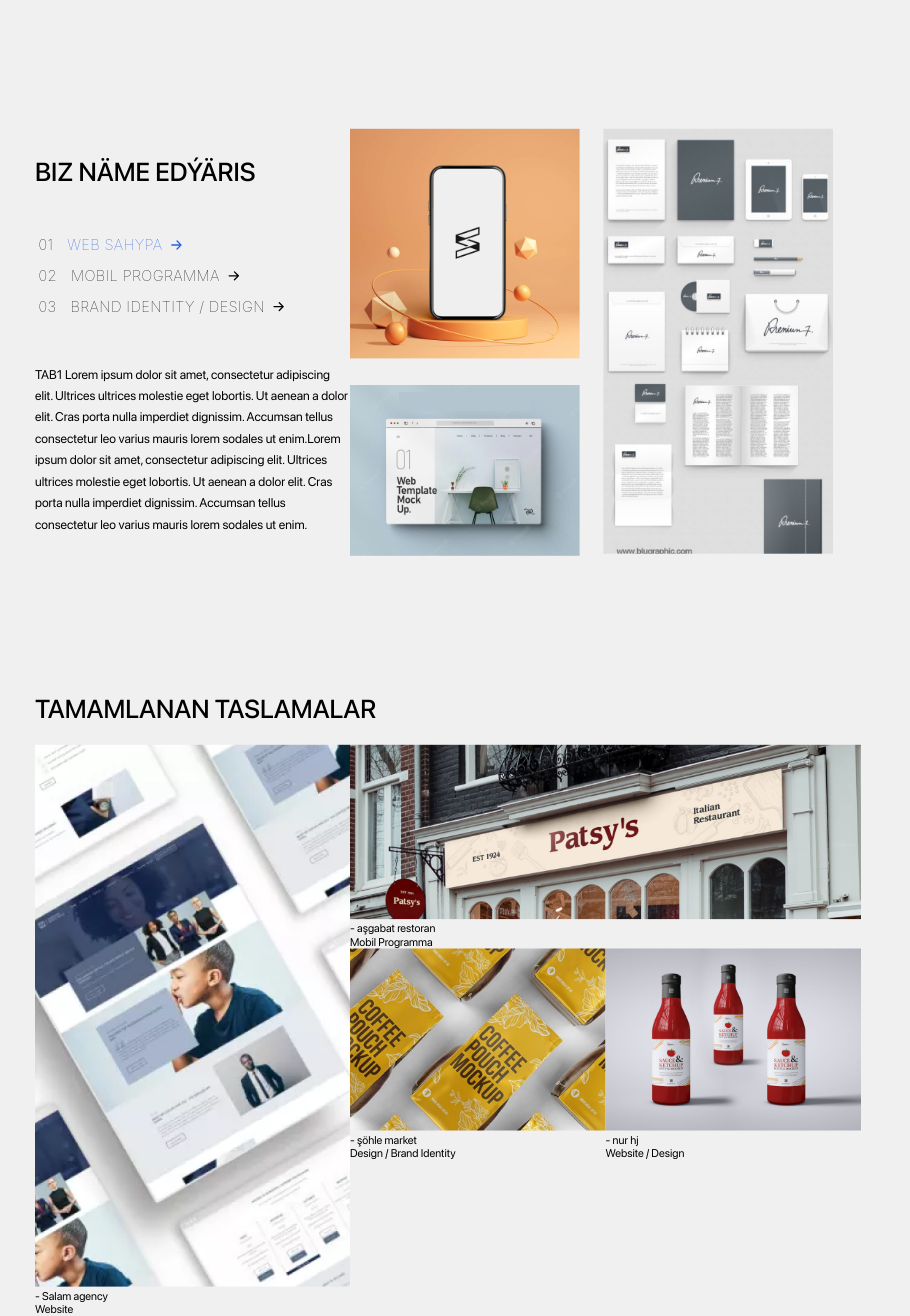
Repository: Meylis7/Sanly-Merkez-Web
Page: main.html
An editor plug-in stored every save of this project. The page is shown before and after the next save, followed by the edit.
The browser window is 1280 px wide. The page is 1280 px wide, then 1300 px, so the pictures cover 1300 px, including what lies to the right of the window. The pictures show the part of the page from y = 1220 to 3100 px (the page is 3100 px tall), at 70% of full size.
Some web fonts or font styles are not loaded; a fallback is used.

Above is the page before, as saved 2022-04-29 16:59:42.

### main.html
<!DOCTYPE html>
<html lang="en" dir="ltr">
  <head>
    <meta charset="utf-8">
    <meta name="viewport" content="width=device-width, initial-scale=1.0">
    <title>Sanly merkez</title>
    <link rel="stylesheet" href="./css/main.css">
  </head>
  <body>
    <div class="main-container">
      <div class="header-container">
        <header>
          <a href="#" class="brand"><img src="/assets/logo.png" alt=""></a>
          <div class="menu">
            <div class="btn">
                <svg class="close-btn" xmlns="http://www.w3.org/2000/svg" aria-hidden="true" role="img" width="1em" height="1em" preserveAspectRatio="xMidYMid meet" viewBox="0 0 20 20"><path fill="currentColor" fill-rule="evenodd" d="M4.293 4.293a1 1 0 0 1 1.414 0L10 8.586l4.293-4.293a1 1 0 1 1 1.414 1.414L11.414 10l4.293 4.293a1 1 0 0 1-1.414 1.414L10 11.414l-4.293 4.293a1 1 0 0 1-1.414-1.414L8.586 10L4.293 5.707a1 1 0 0 1 0-1.414Z" clip-rule="evenodd"/></svg>
            </div>
            <a href="#">Biz barada</a>
            <a href="#">Hyzmatlar</a>
            <a href="#">Taslamalar</a>
            <a href="#">Habarlaşmak</a>
          </div>
          <div class="btn">
            <svg class="menu-btn" xmlns="http://www.w3.org/2000/svg" aria-hidden="true" role="img" width="1em" height="1em" preserveAspectRatio="xMidYMid meet" viewBox="0 0 20 20"><path fill="currentColor" fill-rule="evenodd" d="M3 5a1 1 0 0 1 1-1h12a1 1 0 1 1 0 2H4a1 1 0 0 1-1-1Zm0 5a1 1 0 0 1 1-1h12a1 1 0 1 1 0 2H4a1 1 0 0 1-1-1Zm6 5a1 1 0 0 1 1-1h6a1 1 0 1 1 0 2h-6a1 1 0 0 1-1-1Z" clip-rule="evenodd"/></svg>
          </div>
        </header>
      </div>

      <div class="home-section">
        <div class="home-container">
          <div class="home-left-content">
            <div class="home-slogan">
              <p class="slogan">Sanly hyzmatlaryň <br>
                takyk çözgüdi.</p>
                <p class="slogan-text">Lorem ipsum dolor sit amet, consectetur adipiscing elit. Massa <br> tincidunt rhoncus dolor nisi duis nunc.</p>
            </div>
            <div class="home-social-links">
              <a href="#">Instagram</a>
              <a href="#">Twitter</a>
              <a href="#">Facebook</a>
            </div>
          </div>
          <div class="home-right-content">
            <img src="./assets/mainphoto.png" alt="">
          </div>
        </div>
      </div>
      <div class="about-section">
        <div class="about-container">
          <div class="about-photo-content">
            <h1>Biz Barada</h1>
            <img src="/assets/about.png" alt="">
          </div>
          <div class="about-text-container">
            <h1>Sanly Merkez</h1>
            <p>Lorem ipsum dolor sit amet, consectetur adipiscing elit. Ultrices ultrices molestie eget lobortis. Ut aenean a dolor elit. Cras porta nulla imperdiet dignissim. Accumsan tellus consectetur leo varius mauris lorem sodales ut enim.Lorem ipsum dolor sit amet, consectetur adipiscing elit. Ultrices ultrices molestie eget lobortis. Ut aenean a dolor elit. Cras porta nulla imperdiet dignissim. Accumsan tellus consectetur leo varius mauris lorem sodales ut enim. Accumsan tellus consectetur leo varius mauris lorem sodales ut enim. Accumsan tellus consectetur leo varius .Accumsan tellus consectetur leo varius mauris lorem sodales ut enim. Accumsan tellus consectetur leo varius .Accumsan tellus consectetur leo varius mauris lorem sodales ut enim. Accumsan tellus consectetur leo varius . </p>
          </div>
        </div>
      </div>
      <div class="wwd-section">
        <div class="wwd-conteiner">
          <div class="tabs">
            <h1>Biz näme edýäris</h1>
            <div class="tabs__head">
              <div class="tabs__toggle is-active">
                <span class="tabs__name"><span class="tabsnumber">01</span>Web sahypa <svg xmlns="http://www.w3.org/2000/svg" aria-hidden="true" role="img" width="1em" height="1em" preserveAspectRatio="xMidYMid meet" viewBox="0 0 16 16"><path fill="currentColor" fill-rule="evenodd" d="M4 8a.5.5 0 0 1 .5-.5h5.793L8.146 5.354a.5.5 0 1 1 .708-.708l3 3a.5.5 0 0 1 0 .708l-3 3a.5.5 0 0 1-.708-.708L10.293 8.5H4.5A.5.5 0 0 1 4 8z"/></svg></span>
              </div>
              <div class="tabs__toggle">
                <span class="tabs__name"><span class="tabsnumber">02</span>Mobil programma <svg xmlns="http://www.w3.org/2000/svg" aria-hidden="true" role="img" width="1em" height="1em" preserveAspectRatio="xMidYMid meet" viewBox="0 0 16 16"><path fill="currentColor" fill-rule="evenodd" d="M4 8a.5.5 0 0 1 .5-.5h5.793L8.146 5.354a.5.5 0 1 1 .708-.708l3 3a.5.5 0 0 1 0 .708l-3 3a.5.5 0 0 1-.708-.708L10.293 8.5H4.5A.5.5 0 0 1 4 8z"/></svg></span>
              </div>
              <div class="tabs__toggle">
                <span class="tabs__name"><span class="tabsnumber">03</span>Brand identity / Design <svg xmlns="http://www.w3.org/2000/svg" aria-hidden="true" role="img" width="1em" height="1em" preserveAspectRatio="xMidYMid meet" viewBox="0 0 16 16"><path fill="currentColor" fill-rule="evenodd" d="M4 8a.5.5 0 0 1 .5-.5h5.793L8.146 5.354a.5.5 0 1 1 .708-.708l3 3a.5.5 0 0 1 0 .708l-3 3a.5.5 0 0 1-.708-.708L10.293 8.5H4.5A.5.5 0 0 1 4 8z"/></svg></span>
              </div>
            </div>
            <div class="tabs__body">
              <div class="tabs__content is-active">
                <p class="tabs__text">TAB1 Lorem ipsum dolor sit amet, consectetur adipiscing elit. Ultrices ultrices molestie eget lobortis. Ut aenean a dolor elit. Cras porta nulla imperdiet dignissim. Accumsan tellus consectetur leo varius mauris lorem sodales ut enim.Lorem ipsum dolor sit amet, consectetur adipiscing elit. Ultrices ultrices molestie eget lobortis. Ut aenean a dolor elit. Cras porta nulla imperdiet dignissim. Accumsan tellus consectetur leo varius mauris lorem sodales ut enim.</p>
              </div>
              <div class="tabs__content">
                <p class="tabs__text">TAB2 Lorem ipsum dolor sit amet, consectetur adipiscing elit. Ultrices ultrices molestie eget lobortis. Ut aenean a dolor elit. Cras porta nulla imperdiet dignissim. Accumsan tellus consectetur leo varius mauris lorem sodales ut enim.Lorem ipsum dolor sit amet, consectetur adipiscing elit. Ultrices ultrices molestie eget lobortis. Ut aenean a dolor elit. Cras porta nulla imperdiet dignissim. Accumsan tellus consectetur leo varius mauris lorem sodales ut enim.</p>
              </div>
              <div class="tabs__content">
                <p class="tabs__text">TAB3 Lorem ipsum dolor sit amet, consectetur adipiscing elit. Ultrices ultrices molestie eget lobortis. Ut aenean a dolor elit. Cras porta nulla imperdiet dignissim. Accumsan tellus consectetur leo varius mauris lorem sodales ut enim.Lorem ipsum dolor sit amet, consectetur adipiscing elit. Ultrices ultrices molestie eget lobortis. Ut aenean a dolor elit. Cras porta nulla imperdiet dignissim. Accumsan tellus consectetur leo varius mauris lorem sodales ut enim.</p>
              </div>
            </div>
          </div>
          <div class="wwd-photo-content">
            <div class="left-photo-content">
              <div class="first-photo">
                <img src="/assets/appphoto.png" alt="">
              </div>
              <div class="second-photo">
                <img src="/assets/websitephoto.png" alt="">
              </div>
            </div>
            <div class="right-photo-content">
              <img src="/assets/brandingphoto.png" alt="">
            </div>
          </div>
        </div>
      </div>
      <div class="projects-section">
        <h1>tamamlanan taslamalar</h1>
        <div class="projects-container">
          <div class="left-projects-content">
            <div class="project-one">
              <div class="fst-pro-img project-image">
                <img src="/assets/salam.png" alt="">
              </div>
              <div class="projects-text">
                <p class="project-name">- Salam agency</p>
                <p>Website</p>
              </div>
            </div>
          </div>
          <div class="right-projects-content">
            <div class="right-projects-up">
              <div class="project-two">
                <div class="snd-pro-img project-image">
                  <img src="/assets/ashgabat.png" alt="">
                </div>
                <div class="projects-text">
                  <p class="project-name">- aşgabat restoran</p>
                  <p>Mobil Programma</p>
                </div>
              </div>
            </div>
            <div class="right-projects-down">
              <div class="project-three">
                <div class="trd-pro-img project-image">
                  <img src="/assets/shohle.png" alt="">
                </div>
                <div class="projects-text">
                  <p class="project-name">- şöhle market</p>
                  <p>Design / Brand Identity</p>
                </div>
              </div>
              <div class="project-four">
                <div class="four-pro-img project-image">
                  <img src="/assets/nur.png" alt="">
                </div>
                <div class="projects-text">
                  <p class="project-name">- nur hj</p>
                  <p>Website / Design</p>
                </div>
              </div>
            </div>

          </div>

        </div>
      </div>

    </div>



    <script type="text/javascript">
    //javascript for navigation bar effect on scroll
    window.addEventListener("scroll", function(){
      var header = document.querySelector("header");
      header.classList.toggle('sticky', window.scrollY > 0);
    });

    //javascript for responsive navigation sidebar menu
    var menu = document.querySelector('.menu');
    var menuBtn = document.querySelector('.menu-btn');
    var closeBtn = document.querySelector('.close-btn');

    menuBtn.addEventListener("click", () => {
      menu.classList.add('active');
    });

    closeBtn.addEventListener("click", () => {
      menu.classList.remove('active');
    });
    </script>
    <script src="./js/nav.js"></script>

  </body>
</html>

### css/main.css

@font-face {
  font-family: 'SF Pro Display';
  src: url('../SFProDisplay-Medium.eot');
  src: local('../SF Pro Display Medium'), local('SFProDisplay-Medium'),
      url('../SFProDisplay-Medium.eot?#iefix') format('embedded-opentype'),
      url('../SFProDisplay-Medium.woff2') format('woff2'),
      url('../SFProDisplay-Medium.woff') format('woff'),
      url('../SFProDisplay-Medium.ttf') format('truetype');
  font-weight: 500;
  font-style: normal;
}

@font-face {
  font-family: 'SF Pro Display';
  src: url('../SFProDisplay-Heavy.eot');
  src: local('../SF Pro Display Heavy'), local('SFProDisplay-Heavy'),
      url('../SFProDisplay-Heavy.eot?#iefix') format('embedded-opentype'),
      url('../SFProDisplay-Heavy.woff2') format('woff2'),
      url('../SFProDisplay-Heavy.woff') format('woff'),
      url('../SFProDisplay-Heavy.ttf') format('truetype');
  font-weight: 900;
  font-style: normal;
}

@font-face {
  font-family: 'SF Pro Display';
  src: url('../SFProDisplay-UltralightItalic.eot');
  src: local('../SF Pro Display UltralightItalic'), local('SFProDisplay-UltralightItalic'),
      url('../SFProDisplay-UltralightItalic.eot?#iefix') format('embedded-opentype'),
      url('../SFProDisplay-UltralightItalic.woff2') format('woff2'),
      url('../SFProDisplay-UltralightItalic.woff') format('woff'),
      url('../SFProDisplay-UltralightItalic.ttf') format('truetype');
  font-weight: 200;
  font-style: italic;
}

@font-face {
  font-family: 'SF Pro Display';
  src: url('../SFProDisplay-RegularItalic.eot');
  src: local('../SF Pro Display Regular Italic'), local('SFProDisplay-RegularItalic'),
      url('../SFProDisplay-RegularItalic.eot?#iefix') format('embedded-opentype'),
      url('vSFProDisplay-RegularItalic.woff2') format('woff2'),
      url('../SFProDisplay-RegularItalic.woff') format('woff'),
      url('../SFProDisplay-RegularItalic.ttf') format('truetype');
  font-weight: normal;
  font-style: italic;
}

@font-face {
  font-family: 'SF Pro Display';
  src: url('../SFProDisplay-Thin.eot');
  src: local('../SF Pro Display Thin'), local('SFProDisplay-Thin'),
      url('../SFProDisplay-Thin.eot?#iefix') format('embedded-opentype'),
      url('../SFProDisplay-Thin.woff2') format('woff2'),
      url('../SFProDisplay-Thin.woff') format('woff'),
      url('../SFProDisplay-Thin.ttf') format('truetype');
  font-weight: 100;
  font-style: normal;
}

@font-face {
  font-family: 'SF Pro Display';
  src: url('../SFProDisplay-Light.eot');
  src: local('../SF Pro Display Light'), local('SFProDisplay-Light'),
      url('../SFProDisplay-Light.eot?#iefix') format('embedded-opentype'),
      url('../SFProDisplay-Light.woff2') format('woff2'),
      url('../SFProDisplay-Light.woff') format('woff'),
      url('../SFProDisplay-Light.ttf') format('truetype');
  font-weight: 200;
  font-style: normal;
}

@font-face {
  font-family: 'SF Pro Display';
  src: url('../SFProDisplay-BlackItalic.eot');
  src: local('../SF Pro Display Black Italic'), local('SFProDisplay-BlackItalic'),
      url('../SFProDisplay-BlackItalic.eot?#iefix') format('embedded-opentype'),
      url('../SFProDisplay-BlackItalic.woff2') format('woff2'),
      url('../SFProDisplay-BlackItalic.woff') format('woff'),
      url('../SFProDisplay-BlackItalic.ttf') format('truetype');
  font-weight: 900;
  font-style: italic;
}

@font-face {
  font-family: 'SF Pro Display';
  src: url('../SFProDisplay-Bold.eot');
  src: local('../SF Pro Display Bold'), local('SFProDisplay-Bold'),
      url('../SFProDisplay-Bold.eot?#iefix') format('embedded-opentype'),
      url('../SFProDisplay-Bold.woff2') format('woff2'),
      url('../SFProDisplay-Bold.woff') format('woff'),
      url('../SFProDisplay-Bold.ttf') format('truetype');
  font-weight: bold;
  font-style: normal;
}

@font-face {
  font-family: 'SF Pro Display';
  src: url('../SFProDisplay-Black.eot');
  src: local('../SF Pro Display Black'), local('SFProDisplay-Black'),
      url('../SFProDisplay-Black.eot?#iefix') format('embedded-opentype'),
      url('../SFProDisplay-Black.woff2') format('woff2'),
      url('../SFProDisplay-Black.woff') format('woff'),
      url('../SFProDisplay-Black.ttf') format('truetype');
  font-weight: 900;
  font-style: normal;
}

@font-face {
  font-family: 'SF Pro Display';
  src: url('../SFProDisplay-SemiboldItalic.eot');
  src: local('../SF Pro Display SemiboldItalic'), local('SFProDisplay-SemiboldItalic'),
      url('../SFProDisplay-SemiboldItalic.eot?#iefix') format('embedded-opentype'),
      url('../SFProDisplay-SemiboldItalic.woff2') format('woff2'),
      url('../SFProDisplay-SemiboldItalic.woff') format('woff'),
      url('../SFProDisplay-SemiboldItalic.ttf') format('truetype');
  font-weight: 600;
  font-style: italic;
}

@font-face {
  font-family: 'SF Pro Display';
  src: url('../SFProDisplay-Ultralight.eot');
  src: local('../SF Pro Display Ultralight'), local('SFProDisplay-Ultralight'),
      url('../SFProDisplay-Ultralight.eot?#iefix') format('embedded-opentype'),
      url('../SFProDisplay-Ultralight.woff2') format('woff2'),
      url('../SFProDisplay-Ultralight.woff') format('woff'),
      url('../SFProDisplay-Ultralight.ttf') format('truetype');
  font-weight: 200;
  font-style: normal;
}

@font-face {
  font-family: 'SF Pro Display';
  src: url('../SFProDisplay-LightItalic.eot');
  src: local('../SF Pro Display LightItalic'), local('SFProDisplay-LightItalic'),
      url('../SFProDisplay-LightItalic.eot?#iefix') format('embedded-opentype'),
      url('../SFProDisplay-LightItalic.woff2') format('woff2'),
      url('../SFProDisplay-LightItalic.woff') format('woff'),
      url('../SFProDisplay-LightItalic.ttf') format('truetype');
  font-weight: 200;
  font-style: italic;
}

@font-face {
  font-family: 'SF Pro Display';
  src: url('../SFProDisplay-ThinItalic.eot');
  src: local('../SF Pro Display ThinItalic'), local('SFProDisplay-ThinItalic'),
      url('../SFProDisplay-ThinItalic.eot?#iefix') format('embedded-opentype'),
      url('../SFProDisplay-ThinItalic.woff2') format('woff2'),
      url('../SFProDisplay-ThinItalic.woff') format('woff'),
      url('../SFProDisplay-ThinItalic.ttf') format('truetype');
  font-weight: 100;
  font-style: italic;
}

@font-face {
  font-family: 'SF Pro Display';
  src: url('../SFProDisplay-MediumItalic.eot');
  src: local('../SF Pro Display MediumItalic'), local('SFProDisplay-MediumItalic'),
      url('../SFProDisplay-MediumItalic.eot?#iefix') format('embedded-opentype'),
      url('../SFProDisplay-MediumItalic.woff2') format('woff2'),
      url('../SFProDisplay-MediumItalic.woff') format('woff'),
      url('../SFProDisplay-MediumItalic.ttf') format('truetype');
  font-weight: 500;
  font-style: italic;
}

@font-face {
  font-family: 'SF Pro Display';
  src: url('../SFProDisplay-Semibold.eot');
  src: local('SF Pro Display Semibold'), local('SFProDisplay-Semibold'),
      url('../SFProDisplay-Semibold.eot?#iefix') format('embedded-opentype'),
      url('../SFProDisplay-Semibold.woff2') format('woff2'),
      url('../SFProDisplay-Semibold.woff') format('woff'),
      url('../SFProDisplay-Semibold.ttf') format('truetype');
  font-weight: 600;
  font-style: normal;
}

@font-face {
  font-family: 'SF Pro Display';
  src: url('../SFProDisplay-HeavyItalic.eot');
  src: local('../SF Pro Display HeavyItalic'), local('SFProDisplay-HeavyItalic'),
      url('../SFProDisplay-HeavyItalic.eot?#iefix') format('embedded-opentype'),
      url('../SFProDisplay-HeavyItalic.woff2') format('woff2'),
      url('../SFProDisplay-HeavyItalic.woff') format('woff'),
      url('../SFProDisplay-HeavyItalic.ttf') format('truetype');
  font-weight: 900;
  font-style: italic;
}

@font-face {
  font-family: 'SF Pro Display';
  src: url('../SFProDisplay-Regular.eot');
  src: local('../SF Pro Display Regular'), local('SFProDisplay-Regular'),
      url('../SFProDisplay-Regular.eot?#iefix') format('embedded-opentype'),
      url('../SFProDisplay-Regular.woff2') format('woff2'),
      url('../SFProDisplay-Regular.woff') format('woff'),
      url('../SFProDisplay-Regular.ttf') format('truetype');
  font-weight: normal;
  font-style: normal;
}

@font-face {
  font-family: 'SF Pro Display';
  src: url('../SFProDisplay-BoldItalic.eot');
  src: local('../SF Pro Display BoldItalic'), local('SFProDisplay-BoldItalic'),
      url('../SFProDisplay-BoldItalic.eot?#iefix') format('embedded-opentype'),
      url('../SFProDisplay-BoldItalic.woff2') format('woff2'),
      url('../SFProDisplay-BoldItalic.woff') format('woff'),
      url('../SFProDisplay-BoldItalic.ttf') format('truetype');
  font-weight: bold;
  font-style: italic;
}


*{
  margin: 0;
  padding: 0;
  box-sizing: border-box;
  font-family: "SF Pro Display";

}
a{
  text-decoration: none;
}

body{
  min-height: 100vh;
  background: #F0F0F0;
}
header{
  z-index: 999;
  position: fixed;
  top: 0;
  left: 0;
  width: 100%;
  display: flex;
  justify-content: space-between;
  align-items: center;
  padding: 20px 40px;
  transition: 0.6s;
  transform: translate(calc(50vw - 50%));
}

header.sticky{
  background: #ffffff;
  padding: 15px 50px;

}

header .brand{
  color: #fff;
  font-size: 30px;
  font-weight: 700;
  text-transform: uppercase;
  text-decoration: none;
  letter-spacing: 2px;
}

header .menu{
  position: relative;
  display: flex;
  justify-content: center;
  align-items: center;
}

header .menu a{
  color: rgb(0, 0, 0);
  font-size: 19px;
  font-weight: 500;
  text-decoration: none;
  padding: 7px 12px;
  margin: 0 10px;
  border-radius: 20px;
  transition: 0.3s;
  transition-property: color, background;
}

header .menu a:hover{
  color: #000;
  background: #fff;
}

header .btn{
  color: rgb(94, 0, 0);
  font-size: 25px;
  cursor: pointer;
  display: none;
}
/* .main-container{
    max-width: 1240px;
    height: 100%;
    margin: 0 auto;
} */
.brand{
  width: 200px;
}
.brand img{
  width: 100%;
}
.home-container{
  display: flex;
  width: 100%;
  margin-bottom: 10%;

}
.home-left-content,.home-right-content{
  flex: 1;
}
.home-left-content{
  display: flex;
  flex-direction: column;
  justify-content: space-between;
  padding-left: 50px;
}
.home-right-content img{
  width: 100%;
}
.slogan{
  font-size: 65px;
  font-family: "SF Pro Display";
  font-weight: 600;
  margin-top: 46%;
  margin-bottom: 25px;
}
.slogan-text{
  font-size: 18px;
  font-family: "SF Pro Display";
}
.home-social-links{
  margin-bottom: 7%;
}
.home-social-links a {
  color: #000;
  margin-right: 20px;
  font-size: 19px;
}

@media (max-width: 1060px){
  header .btn{
    display: block;
  }

  header .menu{
    position: fixed;
    background: #ffffff;
    flex-direction: column;
    width: 100%;
    height: 100vh;
    top: 0;
    right: -100%;
    padding: 80px 50px;
    transition: 0.5s;
    transition-property: right;
  }

  header .menu.active{
    right: 0;
  }

  header .menu .close-btn{
    position: absolute;
    top: 0;
    left: 0;
    margin: 25px;
  }

  header .menu a{
    display: block;
    font-size: 20px;
    margin: 20px;
    padding: 0 15px;
  }
}

.about-container{
  display: flex;
  padding: 0 50px;
  justify-content: space-between;
  margin-bottom: 15%;
}
.about-photo-content h1{
  font-size: 37px;
  font-weight: 500;
  text-transform: uppercase;
  margin-bottom: 30px;
}
.about-photo-content {
  max-width: 600px;
}
.about-text-container{
  max-width: 700px;
  margin-right: 4%;
}
.about-text-container h1{
  margin-bottom: 30px;
  font-size: 25px;
  margin-top: 15px;
}
.about-text-container p{
  font-size: 18px;
  line-height: 1.5;
  color: #000000;
}
.about-photo-content img {
  width: 100%;
}



.tabs {
  display: flex;
  flex-direction: column;
  max-width: 450px;
  width: 100%;

}
.tabs h1{
  font-size: 37px;
  font-weight: 500;
  text-transform: uppercase;
  margin-bottom: 60px;
  margin-top: 40px;
}

.tabs__head {
  display: flex;
  flex-direction: column;
  justify-content: space-between;
  margin-bottom: 60px;
}

.tabs__toggle {
  margin: 0 5px;
  padding: 7px 0;
  cursor: pointer;
  transition: .5s;
}

.tabs__name {
  font-weight: 500;
  font-size: 21px;
  color: #000000;
  display: flex;
  align-items: center;
  font-family: "SF Pro Display";
  font-weight: 100;
  text-transform: uppercase;
  letter-spacing: 0.5px;
}
.tabsnumber{
  margin-right: 20px;
  color: rgb(0, 0, 0);
}
.tabs__name svg{
  height: 30px;
  width: 40px;
}

.tabs__body {
  position: relative;
}

.tabs__title {
  font-weight: 600;
  font-size: 24px;
  color: #000000;
  margin-bottom: 20px;
  text-align: center;
}

.tabs__text {
  font-size: 18px;
  line-height: 1.7;
  color: #000000;

}

.tabs__content {
  display: none;
}
.tabs__toggle.is-active .tabs__name {
  color: #2a61d8;
}

.tabs__content.is-active {
  display: block;
}
.wwd-conteiner{
  display: flex;
  padding-left: 50px;
  padding-right: 7%;
  justify-content: space-between;
  margin-bottom: 15%;
}
.wwd-photo-content{
  display: flex;
  max-width: 700px;
}
.wwd-photo-content img{
  width: 100%;
}
.first-photo{
  margin-bottom: 34px;
}
.left-photo-content{
  margin-right: 34px;
}
.projects-section{
  padding: 0 50px;
}
.projects-section h1{
  font-size: 37px;
  font-weight: 500;
  text-transform: uppercase;
  margin-bottom: 30px;
}
.projects-container{
  display: flex;
}
.right-projects-down{
  display: flex;
}
.project-image img {
  width: 100%;
}
.fst-pro-img{
  width: 450px;
}

Loaded but not shown: js/nav.js (15 lines, source omitted)

After the next save:
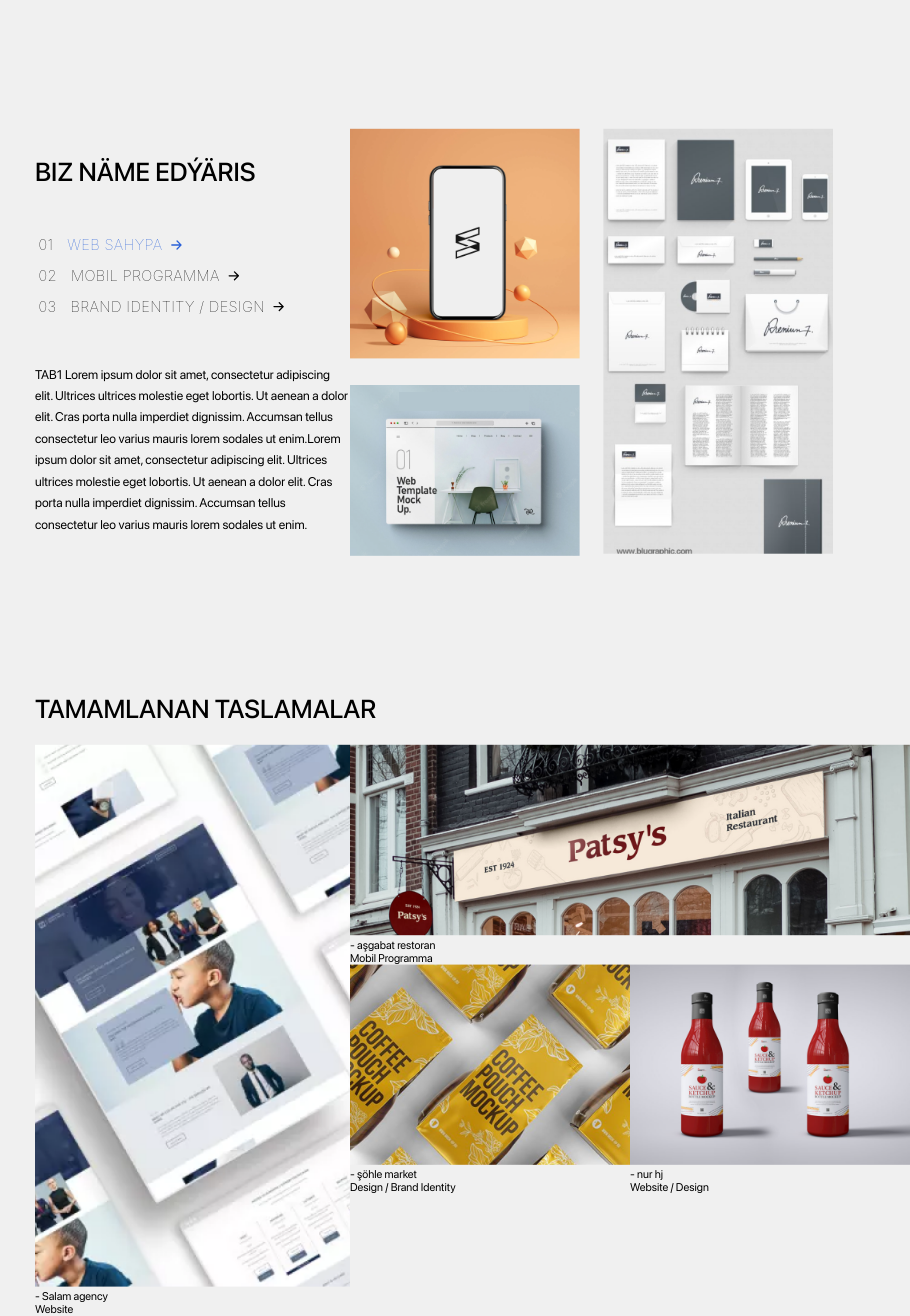
Saved 32 s later.
--- a/css/main.css
+++ b/css/main.css
@@ -530,3 +530,6 @@
 .fst-pro-img{
   width: 450px;
 }
+.snd-pro-img{
+  width: 800px;
+}
